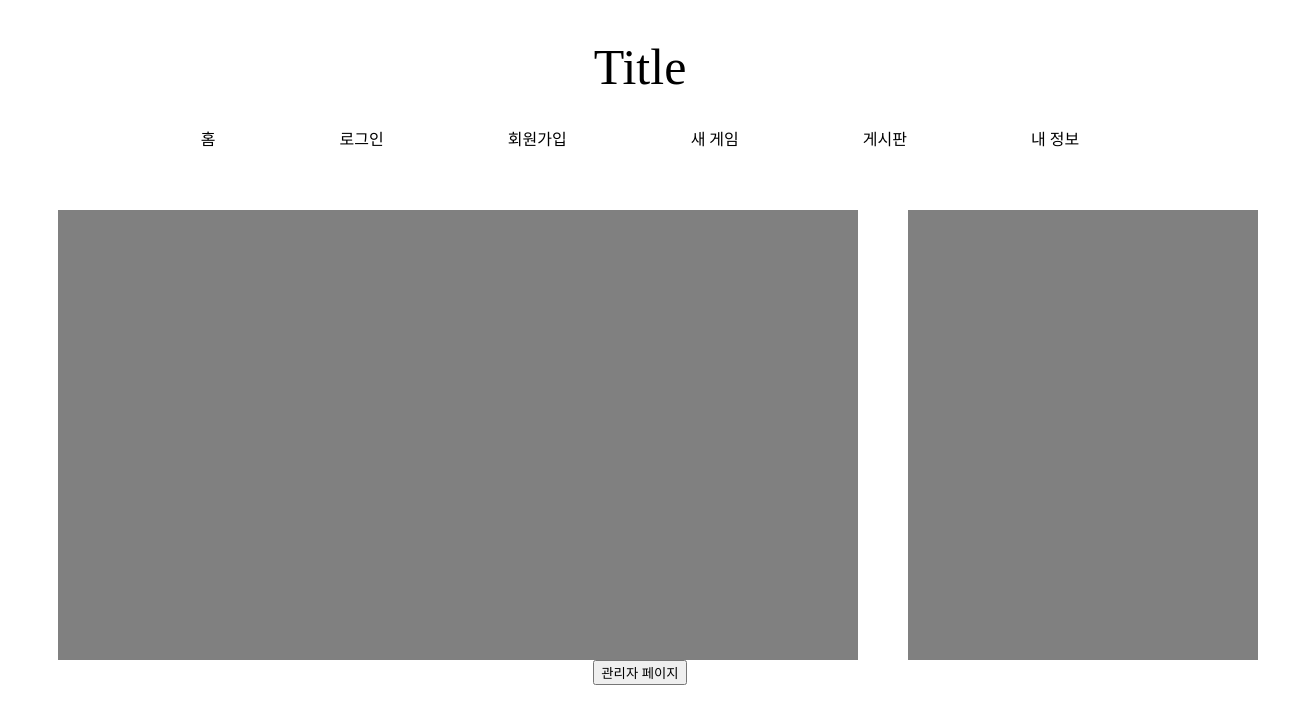
Repository: jemin7709/InP_Final
Page: 기말프로젝트/WebContent/main(unlogin).html
The author's editor kept a copy of each file at every save. The page is drawn from the files as they stood at one save, then again after the next save.
The browser window is 1280 px wide. The page is 1308 px wide, so the pictures cover 1308 px, including what lies to the right of the window. The pictures show the whole page.

Above is the page before, as saved 2021-05-19 14:32:00.

### 기말프로젝트/WebContent/main(unlogin).html
<!DOCTYPE html>
<html>
<head>
<meta charset="UTF-8">
<title>Insert title here</title>
<link href="main.css" type="text/css" rel="stylesheet">

</head>
<body>
	<!--타이틀-->
	<div id="title">Title</div>
	<!--메뉴바-->
	<div id="menu">
		<ul id="menubar">
			<li><a>홈</a></li>
			<li><a>로그인</a></li>
			<li><a>회원가입</a></li>
			<li><a>새 게임</a></li>
			<li><a>게시판</a></li>
			<li><a>내 정보</a></li>
		</ul>
	</div>
	<!--메인페이지-->
	<div id="mainpage">
		<div id="mainleft"></div>
		<div id="mainright"></div>
	</div>
	<button>관리자 페이지</button>
</body>
</html>

### 기말프로젝트/WebContent/main.css
@charset "UTF-8";

body{
	overflow: auto;
	min-width: 1200px
	margin: 0 auto;
	text-align: center;
}

#title {
	width: 1200px;
	padding-top: 30px;
	padding-bottom: 30px;
	font-size: 50px;
	margin: 0 auto;
}

#menubar{
	list-style-type: none;
	width:1200px;
    margin: 0;
    padding: 0;
	text-align: center;
	margin: 0 auto;
}

#menubar > li{
	height: 20px;
    padding-left: 60px;
    padding-right:60px;
	display: inline;
}

#menuber>li>a{
	font-size: 10;
}
#admin{
	position: relative;
	top: 5px;
	right: 1100px;

}


#mainpage{
    width: 1200px;
	padding: 50px;
	padding-top: 60px;
	margin: 0 auto;
}
#mainleft{
	float: left;
	width: 800px;
	height:450px;
	background-color: gray;
}
#mainright{
	float: right;
	width: 350px;
	height:450px;
	background-color: gray;
}

After the next save:
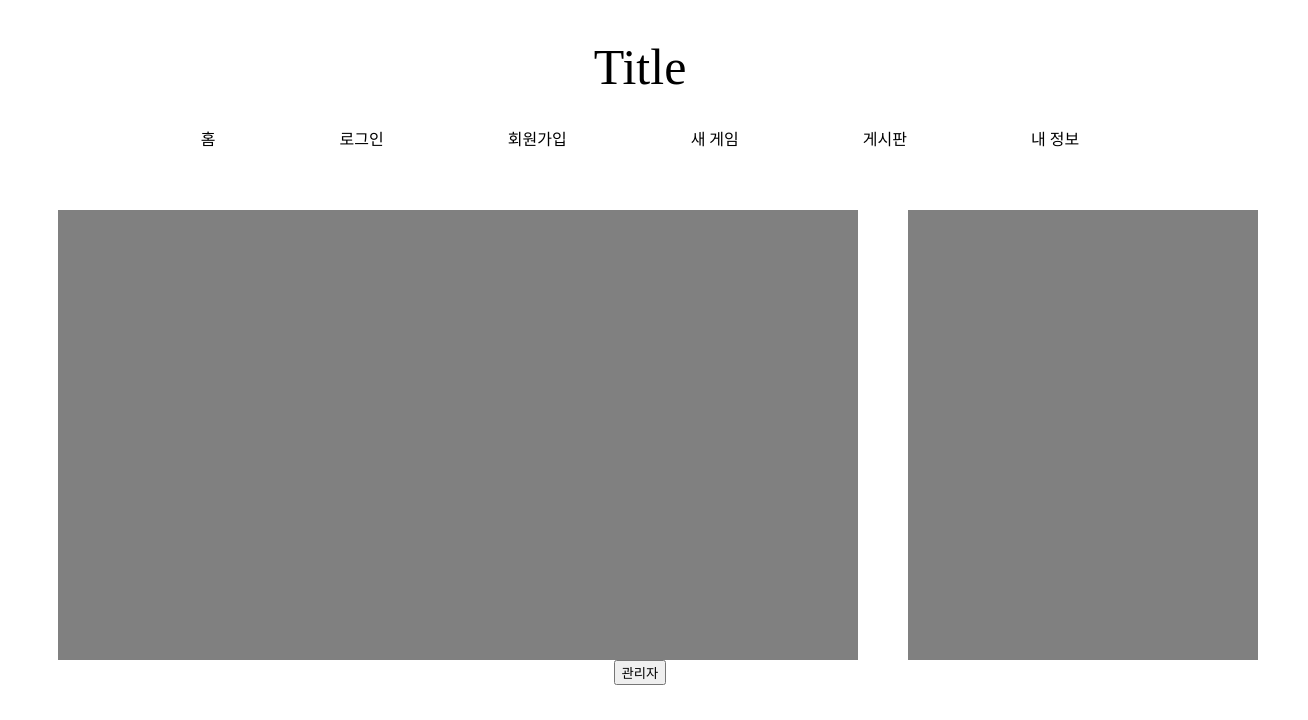
Saved 2 min 39 s later.
--- a/기말프로젝트/WebContent/main(unlogin).html
+++ b/기말프로젝트/WebContent/main(unlogin).html
@@ -25,6 +25,8 @@
 		<div id="mainleft"></div>
 		<div id="mainright"></div>
 	</div>
-	<button>관리자 페이지</button>
+	<form action="">
+	<input type="submit" value="관리자">
+	</form>
 </body>
 </html>
